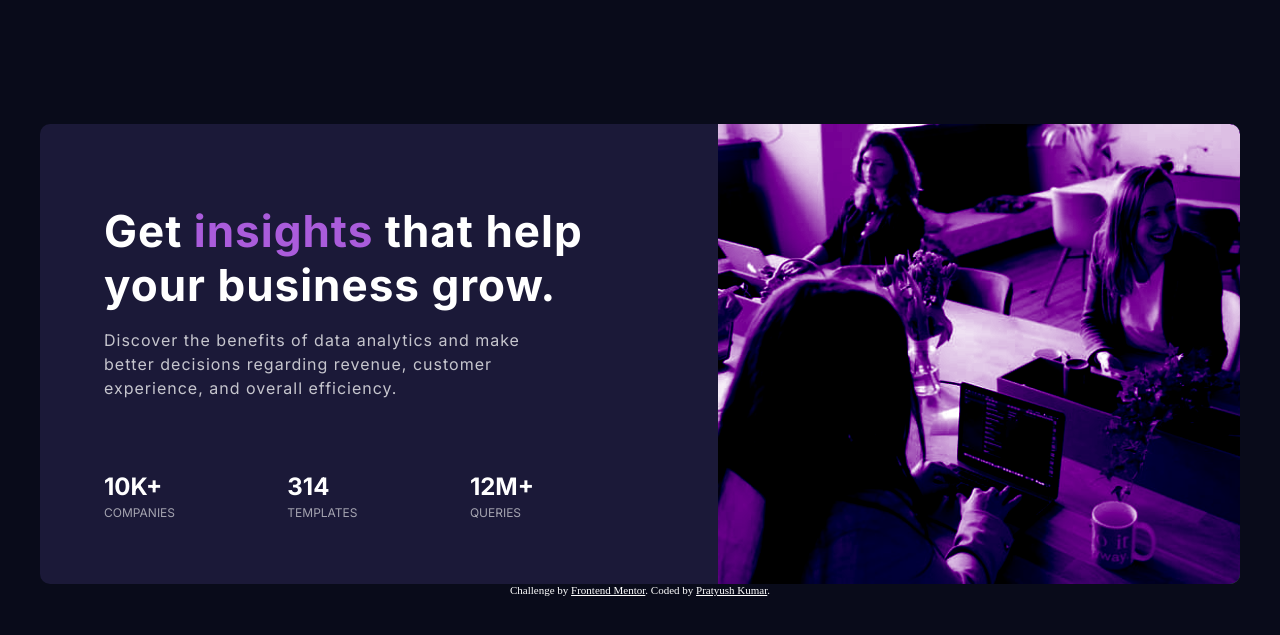
Repository: PratypartyY2K/frontendmentor-challenges
Page: stats-preview-card-component-main/index.html
These files come from the project's save history. The page is drawn as it stood at one moment and after the next save; the edit follows.
The browser window is 1280 px wide. The pictures show the whole page.

Above is the page before, as saved 2021-07-14 01:11:09.

### stats-preview-card-component-main/index.html
<!DOCTYPE html>
<html lang="en">

<head>
  <meta charset="UTF-8">
  <meta name="viewport" content="width=device-width, initial-scale=1.0">
  <!-- displays site properly based on user's device -->

  <link rel="icon" type="image/png" sizes="32x32" href="./images/favicon-32x32.png">
    <!--font families-->
    <link rel="preconnect" href="https://fonts.googleapis.com">
    <link rel="preconnect" href="https://fonts.gstatic.com" crossorigin>
    <link href="https://fonts.googleapis.com/css2?family=Inter:wght@400;700&display=swap" rel="stylesheet">
    <link href="https://fonts.googleapis.com/css2?family=Inter:wght@400;700&family=Lexend+Deca&display=swap"
      rel="stylesheet">
  <link rel="stylesheet" href="style.css">



  <title>Frontend Mentor | Stats preview card component</title>

</head>

<body>
  <div class="card-wrapper">
    <div class="card">
      <div class="heading">
        Get <span class="active">insights</span> that help your business grow.
      </div>
      <div class="card-content">
        Discover the benefits of data analytics and make better decisions regarding revenue, customer
        experience, and overall efficiency.
      </div>
      <div class="stats">
        <div>
          <h3>10k+</h3>
          companies
        </div>
        <div>
          <h3>314</h3>
          templates
        </div>
        <div>
          <h3>12m+</h3>
          queries
        </div>
      </div>
    </div>
    <div class="img-container">
      <div class="overlay"></div>
    </div>
  </div>




  <div class="attribution">
    Challenge by <a href="https://www.frontendmentor.io?ref=challenge" target="_blank">Frontend Mentor</a>.
    Coded by <a href="#">Pratyush Kumar</a>.
  </div>
</body>
</html>

### stats-preview-card-component-main/style.css
* {
    box-sizing: border-box;
}

body {
    background-color: hsl(233, 47%, 7%);
    margin: 0;
    display: flex;
    flex-direction: column;
    justify-content: center;
    align-items: center;
    min-height: 100vh;
}

.card-wrapper {
    background-color: hsl(244, 38%, 16%);
    display: flex;
    justify-content: center;
    width: 1200px;
    border-radius: 10px;
    overflow: hidden;
}

.card {
    padding: 4rem 6.5rem 4rem 4rem;
}

.heading {
    font-family: 'Inter', sans-serif;
    font-size: 2.75rem;
    color: hsl(0, 0%, 100%);
    padding: 1rem 0;
    font-weight: 700;
    letter-spacing: 1px;
}

.heading .active {
    color: hsl(277, 64%, 61%);
}

.card-content {
    color: hsla(0, 0%, 100%, 0.75);
    font-family: 'Inter', sans-serif;
    font-size: 1rem;
    line-height: 1.5rem;
    padding-right: 4rem;
    letter-spacing: 1px;
}

.stats {
    display: flex;
    justify-content: space-between;
    padding-top: 4.5rem;
    padding-right: 5rem;
}

.stats > div {
    display: flex;
    flex-direction: column;
    align-items: baseline;
}

.stats > div {
    color: hsla(0, 0%, 100%, 0.6);
    text-transform: uppercase;
    font-family: 'Inter', sans-serif;
    font-size: 0.75rem;
}

h3 {
    margin: 0;
    color: white;
    font-weight: 700;
    font-size: 1.5rem;
    margin-bottom: 0.25rem;
}

.img-container {
    background-image: url(images/image-header-desktop.jpg);
    width: 100%;
    background-repeat: no-repeat;
    background-size: cover;
}

.overlay {
    background-color: hsl(277, 64%, 61%);
    height: 100%;
    mix-blend-mode: color-burn;
}

.attribution { font-size: 11px; text-align: center; color: white; }
.attribution a { color: hsl(228, 45%, 44%); color: white;}

After the next save:
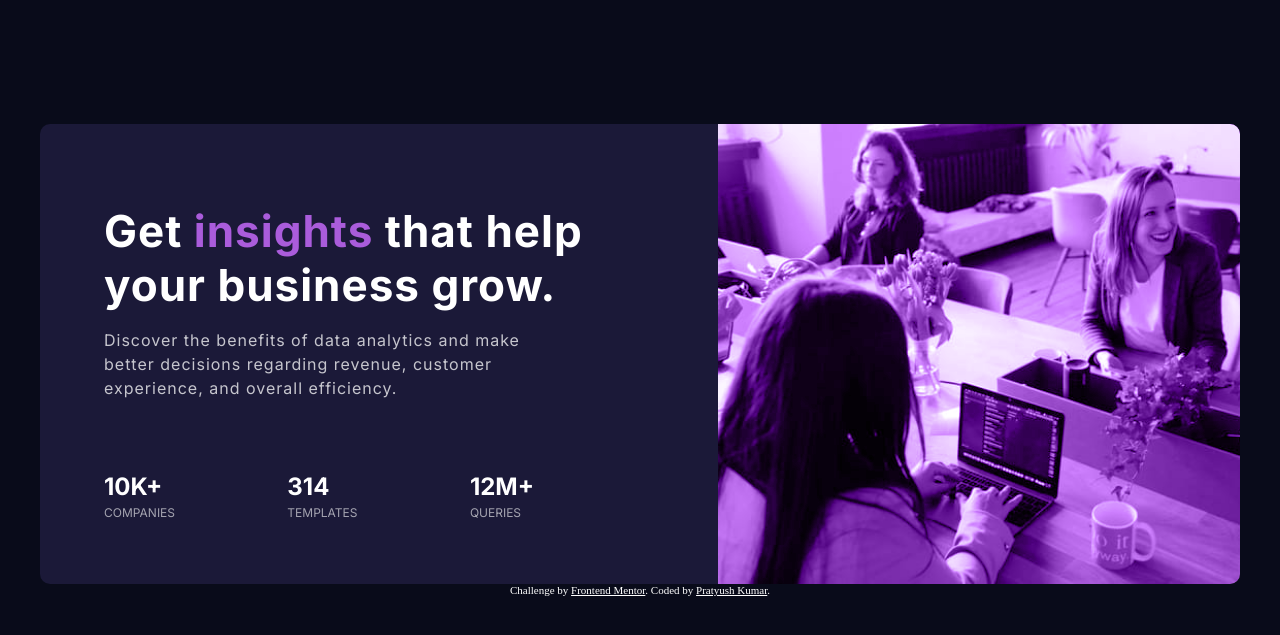
Saved 9 s later.
--- a/stats-preview-card-component-main/style.css
+++ b/stats-preview-card-component-main/style.css
@@ -85,7 +85,7 @@
 .overlay {
     background-color: hsl(277, 64%, 61%);
     height: 100%;
-    mix-blend-mode: color-burn;
+    mix-blend-mode:color;
 }
 
 .attribution { font-size: 11px; text-align: center; color: white; }
